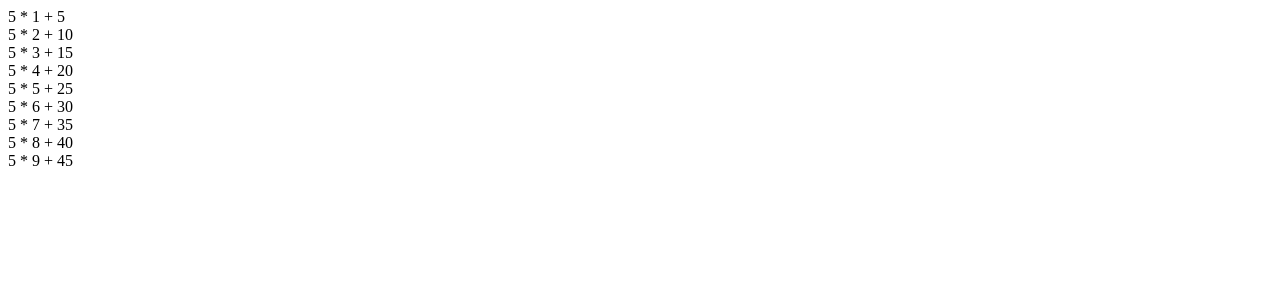
Repository: 123ekrxjtj/homeJSP
Page: http://localhost/gwaje/useBean.jsp
These files come from the project's save history. The page is drawn as it stood at one moment and after the next save; the edit follows.
The browser window is 1280 px wide. The pictures show the whole page.
The page is served by Tomcat 9.

Above is the page before, as saved 2022-04-01 09:49:48.

After the next save:
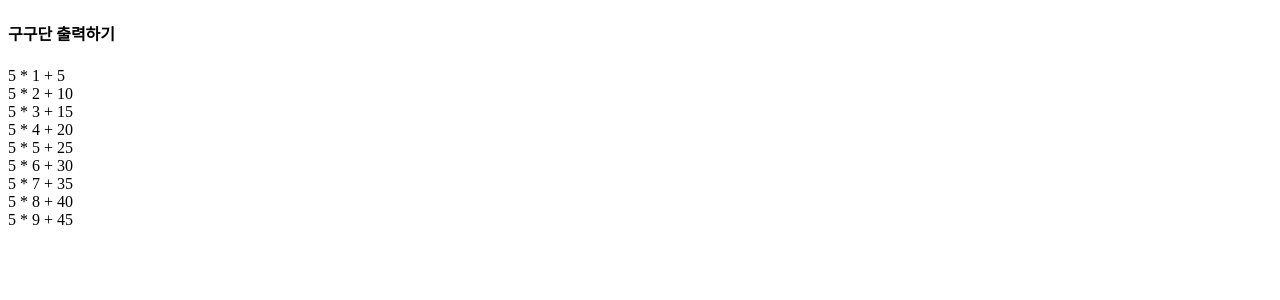
Saved 25 s later.
--- a/gwaje/WebContent/useBean.jsp
+++ b/gwaje/WebContent/useBean.jsp
@@ -8,6 +8,7 @@
 </head>
 <body>
 	<jsp:useBean id="GuGuDan" class="ch04.com.dao.GuGuDan"/>
+	<h4>구구단 출력하기</h4>
 	<%
 		for(int i=1;i<10;i++){
 			out.println(5 + " * " + i + " + " + GuGuDan.process(5,i) + "<br>");
